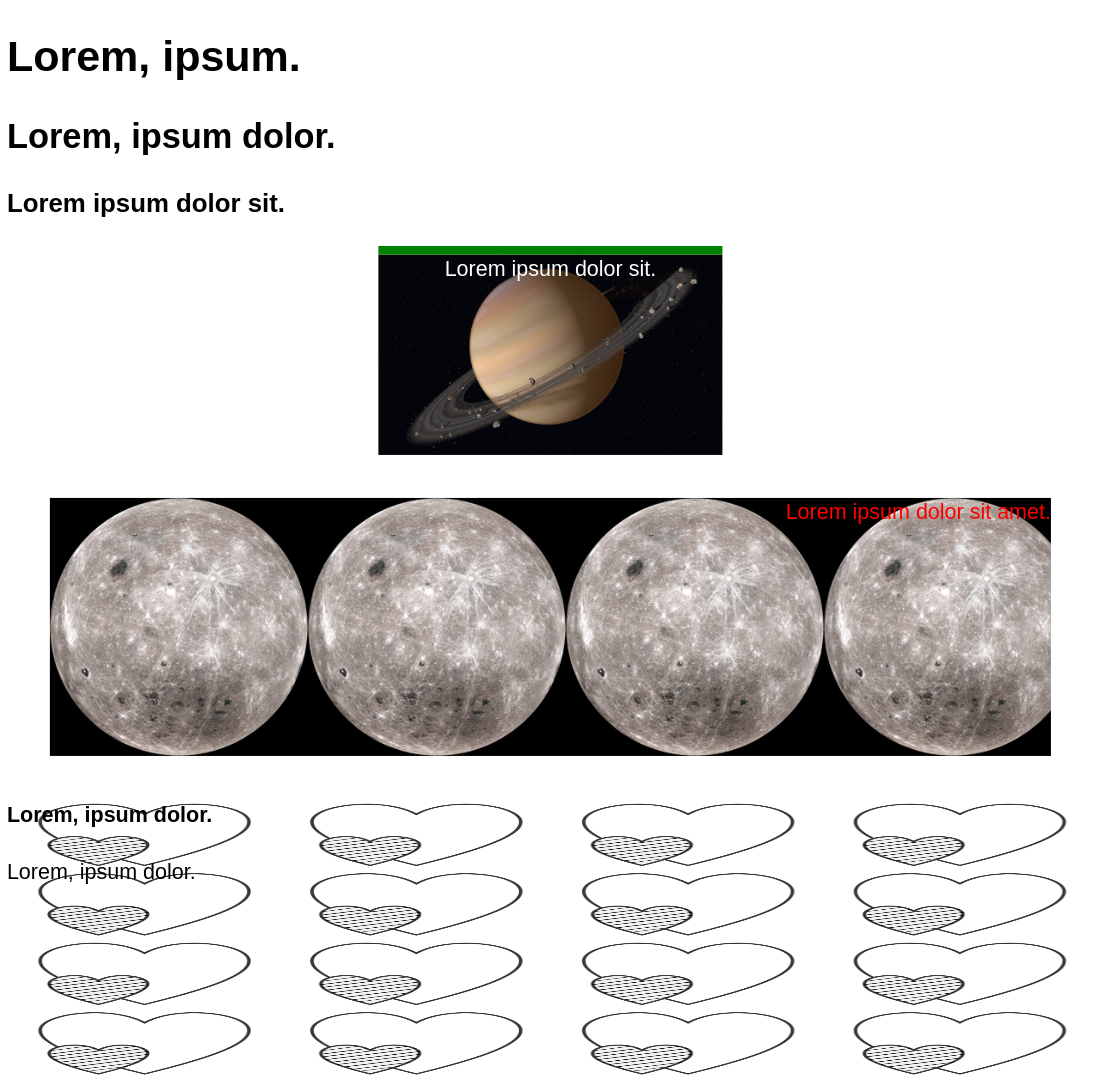
Repository: aSSasdy/assasdy.github.io
Page: index.html
These files come from the project's save history. The page is drawn as it stood at one moment and after the next save; the edit follows.
The browser window is 1280 px wide. The pictures show the whole page, at 86% of full size.

Above is the page before, as saved 2021-11-28 16:28:53.

### index.html
<!DOCTYPE html>
<html lang="en">
<head>
    <meta charset="UTF-8">
    <meta http-equiv="X-UA-Compatible" content="IE=edge">
    <meta name="viewport" content="width=device-width, initial-scale=1.0">
    <title>Document</title>
    <link rel="stylesheet" href="css/style.css">
</head>
<body>
    <h1>Lorem, ipsum.</h1>
    <h2>Lorem, ipsum dolor.</h2>
    <h3>Lorem ipsum dolor sit.</h3>
    <div class="block-1__img">Lorem ipsum dolor sit.</div>
    <div class="block-2__img">Lorem ipsum dolor sit amet.</div>
    <div class="block-3__img">
        <h4>Lorem, ipsum dolor.</h4>
        <p>Lorem, ipsum dolor.</p>
    </div>
</body>
</html>

### css/style.css
html{
    font-size: 62.5%;
}
body{
    font: 400  2.5rem/1.3 Arial, Helvetica, sans-serif ;
}
h1{
    font-size: 5rem;
}
h2{
    font-size: 4rem;
}
h3{
    font-size: 3rem;
}
.block-1__img {
    background-image: url('/img/field_image_magnitosfera-saturna-i-ego-sputnik-encelad-v2.orig_.jpg');
    background-size: cover;
    border-top: 10px solid green;
    margin: auto;
    padding-bottom: 200px;
    width: 400px;
    color: white;
    text-align: center;
}
.block-2__img{
    background-image: url('/img/Moon_farside_LRO_color_mosaic.png');
    margin: 50px;
    padding-bottom: 270px;
    text-align: right;
    color: red;
    background-repeat: repeat-x;
}
.block-3__img {
    background-image: url(/img/-9221.jpg);
    background-size: 25% 25%;
    background-repeat: ;
    padding-bottom: 200px;
}

After the next save:
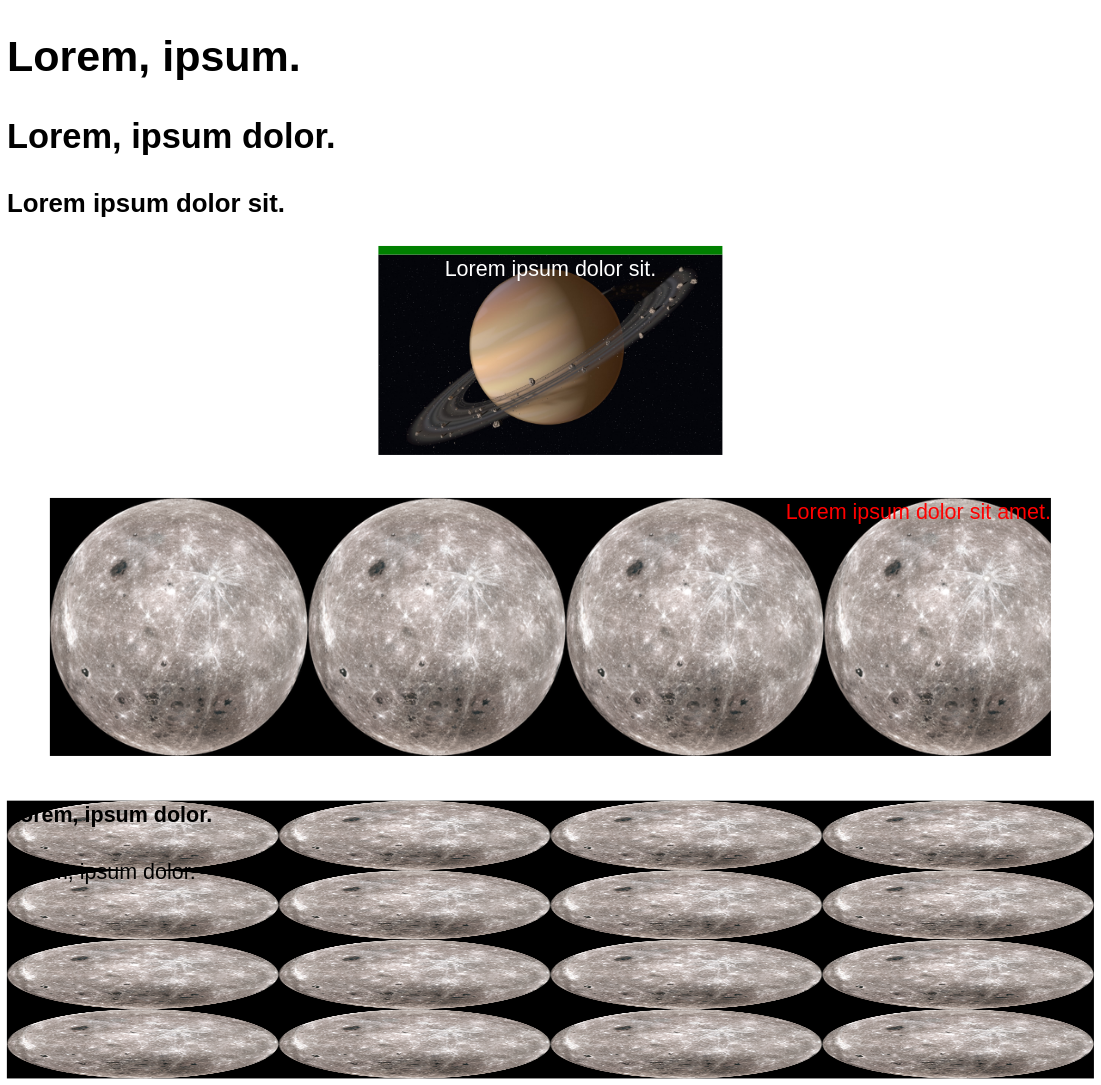
Saved 74 s later.
--- a/css/style.css
+++ b/css/style.css
@@ -32,7 +32,8 @@
     background-repeat: repeat-x;
 }
 .block-3__img {
-    background-image: url(/img/-9221.jpg);
+    background-image: url("/img/-9221.jpg");
+    background-image: url("/img/Moon_farside_LRO_color_mosaic.png");
     background-size: 25% 25%;
     background-repeat: ;
     padding-bottom: 200px;
